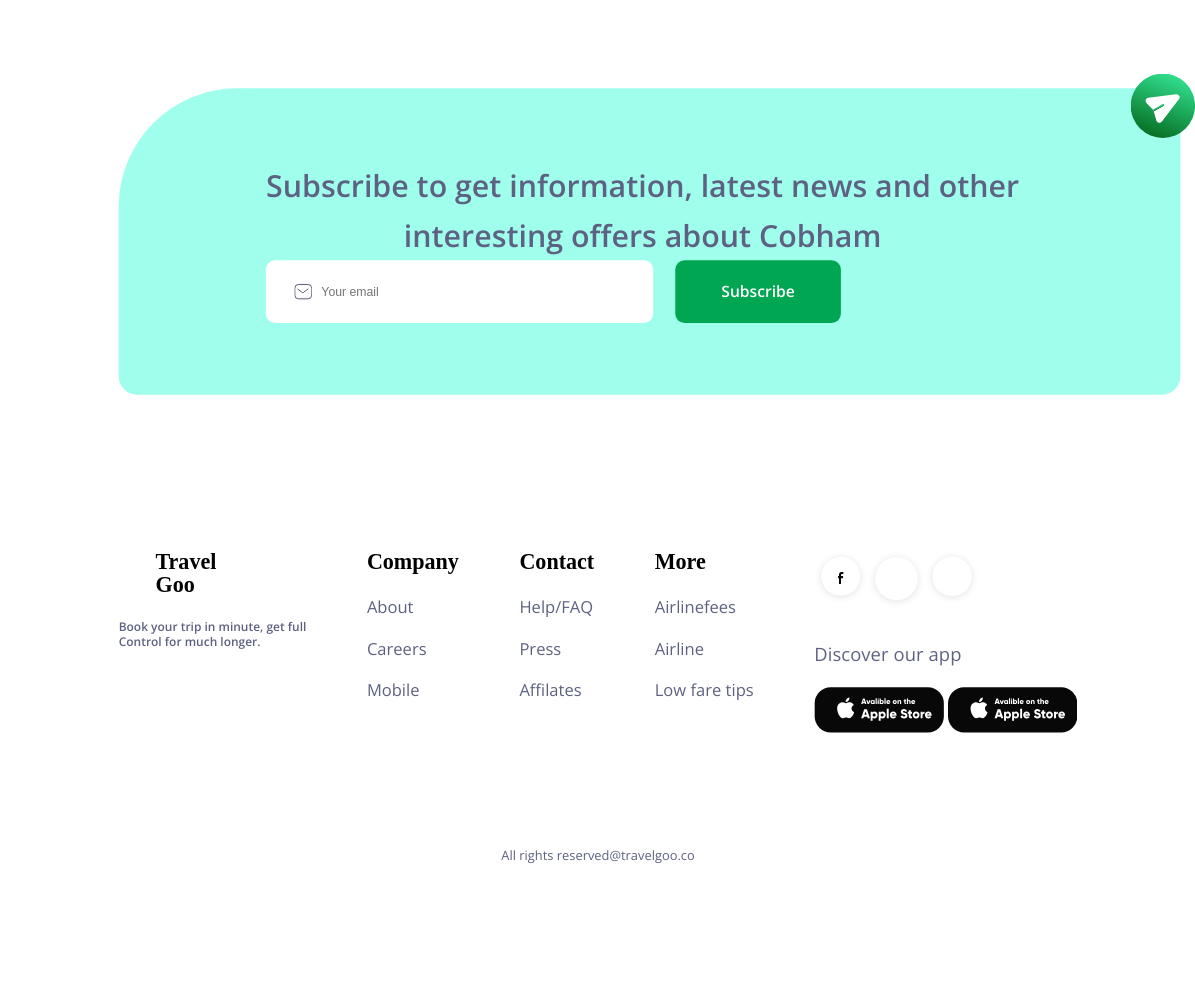
Repository: HeybetzadeQedim/task-5
Page: index.html
The author's editor kept a copy of each file at every save. The page is drawn from the files as they stood at one save, then again after a run of saves.
The browser window is 1280 px wide. The page is 1299 px wide, so the pictures cover 1299 px, including what lies to the right of the window. The pictures show the whole page, at 92% of full size.
Some web fonts or font styles are not loaded; a fallback is used.

Above is the page before, as saved 2023-10-16 16:27:22.

### index.html
<!DOCTYPE html>
<html lang="en">
  <head>
    <meta charset="UTF-8" />
    <meta name="viewport" content="width=device-width, initial-scale=1.0" />
    <title>Document</title>
    <link rel="stylesheet" href="./index.css" />
  </head>
  <body>
    <div class="container">
      <div class="relative-container">
        <div class="box-container">
          <h1>
            Subscribe to get information, latest news and other interesting
            offers about Cobham
          </h1>

  <form action="">

    <div class="input-box">
        <svg xmlns="http://www.w3.org/2000/svg" width="21" height="18" viewBox="0 0 21 18" fill="none">
            <path d="M4 6L9.4 10.05C9.75556 10.3167 10.2444 10.3167 10.6 10.05L16 6" stroke="#39425D" stroke-linecap="round"/>
            <rect x="0.5" y="0.5" width="20" height="17" rx="4.5" stroke="#39425D"/>
            </svg>
        <input type="text" placeholder="Your email">
    </div>
    <button>Subscribe</button>
  </form>
        </div>
        <div class="image-container">
          <img src="images/Group 77 (1).svg" />
        </div>
      </div>

      <div class="main-container">
        <div class="main-box">
          <div class="position-container">
            <h2>
              Travel<br />
              Goo
            </h2>
            <p>
              Book your trip in minute, get full<br />
              Control for much longer.
            </p>
          </div>


            <ul>
                <h2>Company</h2>
              <li>About</li>
              <li>Careers</li>
              <li>Mobile</li>
            </ul>

            <ul>
                <h2>Contact</h2>
              <li>Help/FAQ</li>
              <li>Press</li>
              <li>Affilates</li>
            </ul>
            <ul>
                <h2>More</h2>
              <li>Airlinefees</li>
              <li>Airline</li>
              <li>Low fare tips</li>
</ul>
          <div class="last-container">
            <div class="circle-box">
                <img src="images/Social.svg" />
                <img src="images/Background (1).svg" />
                <img src="images/Background (1).svg" />
            </div>
           <p>Discover our app</p>
      <div class="buttons-box">
              <img src="images/Play Store.svg" />
            <img src="images/Play Store.svg" />
      </div>
          </div>
        </div>
        <div class="footer-box">
          <p>All rights reserved@travelgoo.co</p>
        </div>
      </div>
    </div>
  </body>
</html>

### index.css
@import url("https://fonts.googleapis.com/css2?family=Laila:wght@700&family=Montserrat&family=Open+Sans:wght@400;600;700&display=swap");
* {
  padding: 0;
  margin: 0;
  box-sizing: border-box;
}
.container {
  padding: 96px 109px 64px 129px;
}
.box-container {
  padding: 79px 175px 78px 160px;
  border-radius: 0px 24px 0px 50px;
  display: inline-block;
  background: #9fffec;
  border-radius: 129px 20px 20px 20px;
}
.box-container h1 {
  width: 819px;
  color: var(--TEXT-CLR, #5e6282);
  text-align: center;
  font-family: Open Sans;
  font-size: 33px;
  font-style: normal;
  font-weight: 600;
  line-height: 54px; /* 163.636% */
}
.box-container img:first-child {
  width: 70px;
  height: 70px;
}
.image-container {
  position: absolute;
  top: -16px;
  right: 0;
}
.relative-container {
  width: 1170px;
  position: relative;
  margin-bottom: 170px;
}
.flex-container {
  display: flex;
}
.flex-container-2 {
  margin-top: 75px;
  padding: 25px 0 25px 31px;
  width: 421px;
  display: flex;
  border-radius: 10px;
  background: var(--white, #fff);
}
.flex-container-2 img:first-child {
  width: 21px;
  height: 18px;
}
.flex-container-2 p {
  margin-left: 14px;
  color: var(--TEXT-COLOR, #39425d);
  font-family: Montserrat;
  font-size: 14px;
  font-style: normal;
  font-weight: 400;
  line-height: normal;
}
.button-container p {

}
.main-container .main-box {
  display: flex;
  justify-content: space-between;
}
.position-container {
  /* position: absolute; */
}
.main-container h2 {
  margin-bottom: 25px;
  /* margin-left: 40px; */
  color: #000;
  font-family: Laila;
  font-size: 24px;
  font-style: normal;
  font-weight: 700;
  line-height: 102.5%;
}
.position-container h2 {
  margin-left: 40px;
}
.main-container p {
  color: var(--TEXT-CLR, #5e6282);
  font-family: Open Sans;
  font-size: 13px;
  font-style: normal;
  font-weight: 600;
  line-height: 124.5%;
}
ul h2 {
  margin-bottom: 47px;
}

ul li {
  margin-bottom: 23px;
  list-style-type: none;
  color: var(--TEXT-CLR, #5e6282);
  font-family: Open Sans;
  font-size: 18px;
  font-style: normal;
  font-weight: 400;
  line-height: 124.5%;
}

.last-container p {
  /* margin-right: 160px; */
  margin-bottom: 22px;
  margin-top: 37px;
  color: var(--TEXT-CLR, #5e6282);
  font-family: Open Sans;
  font-size: 20px;
  font-style: normal;
  font-weight: 400;
  line-height: 124.5%;
  letter-spacing: 0.1px;
}
.last-container .circle-box img:first-child {
  width: 58px;
  height: 58px;
}
.last-container .circle-box img:nth-child(2) {
  width: 63px;
  height: 63px;
}
.last-container .circle-box img:nth-child(3) {
  /* margin-right: 150px; */
  width: 58px;
  height: 58px;
}

.footer-box p {
  margin-top: 120px;
  margin-bottom: 64px;
  text-align: center;
  color: var(--TEXT-CLR, #5e6282);
  font-family: Open Sans;
  font-size: 14px;
  font-style: normal;
  font-weight: 400;
  line-height: 124.5%;
}

.circle-box {
  display: flex;
}
form{
  display: flex;
}

form button{
  margin-left: 24px;
  padding: 22px 50px 23px 50px;
  border-radius: 10px;
  background-color: #00a651;
  display: inline-block;
  color: var(--white, #fff);
  text-align: center;
  font-family: Open Sans;
  font-size: 17px;
  font-style: normal;
  font-weight: 600;
  line-height: normal;
  border: none;
}
form .input-box{
  width: 421px;
  padding: 25px 31px;

  border-radius: 10px;
background: var(--white, #FFF);
display: flex;
align-items: center;

}
form input{
width: 100%;
height: 100%;
border: none;
margin-left: 10px;
border: ;

}
input:focus  {
border: none;
/* border: 2px solid red; */
outline: none;


}

After the next 2 saves:
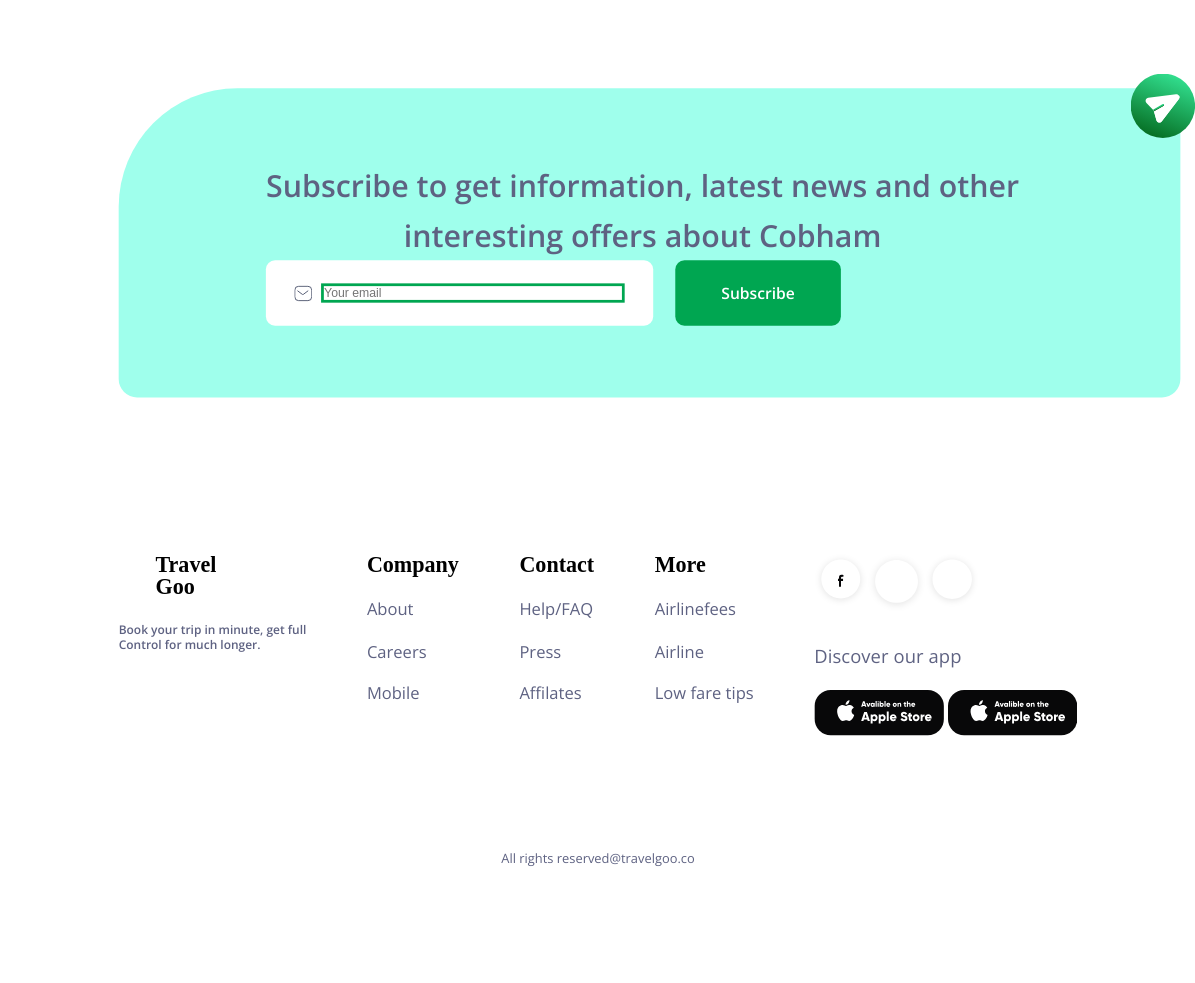
The 2 saves are shown as one change because they came seconds apart.
The last was saved 7 s later.
--- a/index.css
+++ b/index.css
@@ -183,7 +183,7 @@
 height: 100%;
 border: none;
 margin-left: 10px;
-border: ;
+border: #00a651 solid 3px;
 
 }
 input:focus  {

After the save that followed:
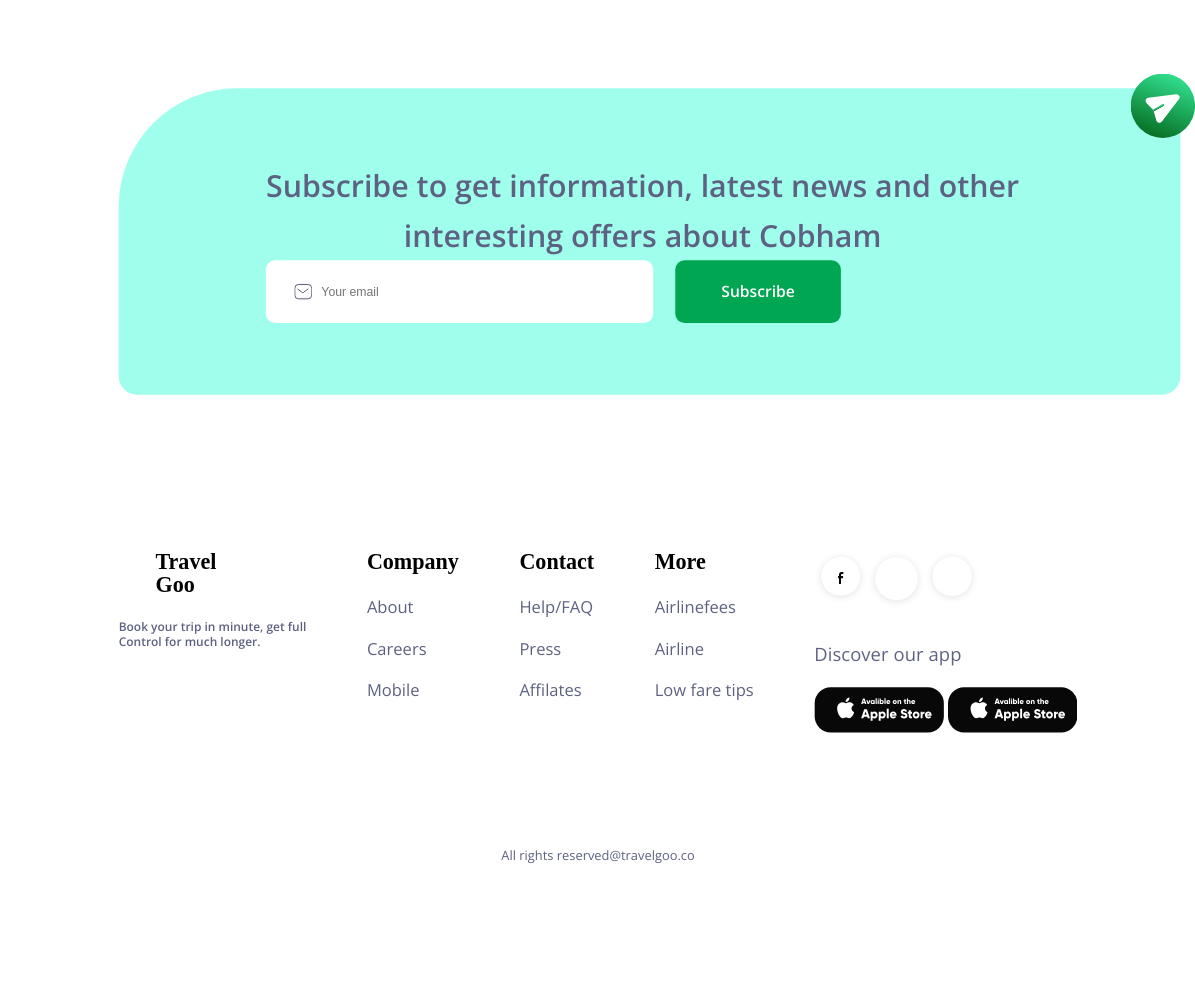
Saved 11 s later.
--- a/index.css
+++ b/index.css
@@ -183,7 +183,6 @@
 height: 100%;
 border: none;
 margin-left: 10px;
-border: #00a651 solid 3px;
 
 }
 input:focus  {
